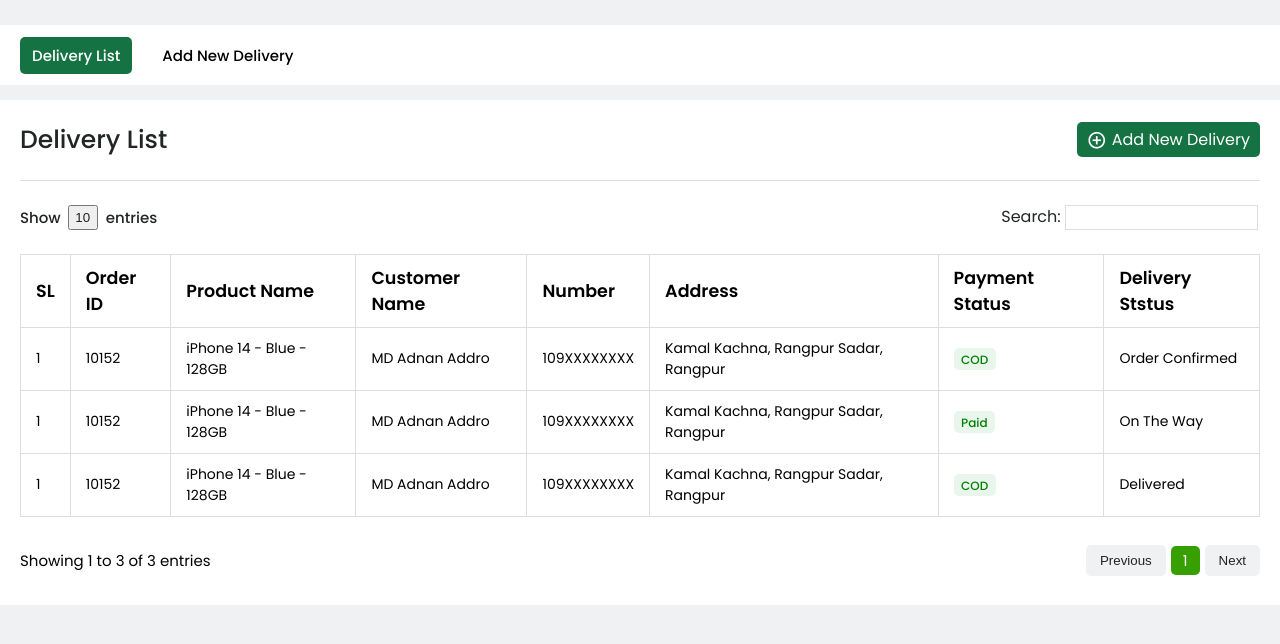
Repository: codebyaddro/delivery-page
Page: delivery.html
These files come from the project's save history. The page is drawn as it stood at one moment and after a run of saves; the edit follows.
The browser window is 1280 px wide. The pictures show the whole page.

Above is the page before, as saved 2025-02-27 13:59:20.

### delivery.html
<!DOCTYPE html>
<html lang="en">
<head>
    <meta charset="UTF-8">
    <meta name="viewport" content="width=device-width, initial-scale=1.0">
    <link rel="stylesheet" href="/delivery.css">
    <link href='https://unpkg.com/boxicons@2.1.4/css/boxicons.min.css' rel='stylesheet'>
    <title>Document</title>
</head>
<body>
    <div class="brand-container">
        <div class="top-menus">
            <ul>
                <li><a href="/index.html" class="active-menu">Delivery List</a></li>
                <li><a href="/inner-page/html/anb.html" class="light-up">Add New Delivery</a></li>
            </ul>
        </div>
        <div class="list-container">
            <div class="heading-add-new-btn">
                <div class="heading">
                    <h2>Delivery List</h2>
                </div>
                <div class="add-new-btn">
                    <i class='add-icon bx bx-plus-circle'></i>
                    <a href="/inner-page/html/anb.html">Add New Delivery</a>
                </div>
            </div>
            <div class="list-short-dpdwn-search-box">
                <div class="list-short-dpdwn">
                    <h3>Show</h3>
                    <select name="10" id="">
                        <option value="">10</option>
                        <option value="">20</option>
                        <option value="">30</option>
                        <option value="">All</option>
                    </select>
                    <h3>entries</h3>
                </div>
                <div class="search-box">
                    <legend>Search: <input type="text"></legend>
                </div>
            </div>
            <div class="table-list">
                <table>
                    <thead>
                        <tr>
                            <th title="SL">SL</th>
                            <th title="Code">Order ID</th>
                            <th title="Code">Product Name</th>
                            <th title="Code">Customer Name</th>
                            <th title="Category Name">Number</th>
                            <th title="Category Name">Address</th>
                            <th title="Status">Payment Status</th>
                            <th title="Action">Delivery Ststus</th>
                        </tr>
                    </thead>
                    <tbody>
                        <tr>
                            <td>1</td>
                            <td>10152</td>
                            <td>iPhone 14 - Blue - 128GB</td>
                            <td>MD Adnan Addro</td>
                            <td>109XXXXXXXX</td>
                            <td>Kamal Kachna, Rangpur Sadar, Rangpur</td>
                            <td><span class="active">COD</span></td>
                            <td><span>Order Confirmed</span></td>
                        </tr>
                        <tr>
                            <td>1</td>
                            <td>10152</td>
                            <td>iPhone 14 - Blue - 128GB</td>
                            <td>MD Adnan Addro</td>
                            <td>109XXXXXXXX</td>
                            <td>Kamal Kachna, Rangpur Sadar, Rangpur</td>
                            <td><span class="active">Paid</span></td>
                            <td><span>On The Way</span></td>
                        </tr>
                        <tr>
                            <td>1</td>
                            <td>10152</td>
                            <td>iPhone 14 - Blue - 128GB</td>
                            <td>MD Adnan Addro</td>
                            <td>109XXXXXXXX</td>
                            <td>Kamal Kachna, Rangpur Sadar, Rangpur</td>
                            <td><span class="active">COD</span></td>
                            <td><span>Delivered</span></td>
                        </tr>
                    </tbody>
                </table>
            </div>
            <div class="entries-details-list-page-btn">
                <div class="entries-details">
                    Showing <span>1</span> to <span>3</span> of <span>3</span> entries
                </div>
                <div class="list-page-btn">
                    <button>Previous</button>
                    <h4><span>1</span></h4>
                    <button>Next</button>
                </div>
            </div>
        </div>
    </div>
</body>
</html>

### delivery.css
/* -- fonts -- */
@import url('https://fonts.googleapis.com/css2?family=Poppins:ital,wght@0,100;0,200;0,300;0,400;0,500;0,600;0,700;0,800;0,900;1,100;1,200;1,300;1,400;1,500;1,600;1,700;1,800;1,900&family=Raleway:ital,wght@0,100..900;1,100..900&family=Roboto:ital,wght@0,100;0,300;0,400;0,500;0,700;0,900;1,100;1,300;1,400;1,500;1,700;1,900&family=VT323&display=swap');

/* -- root -- */

:root {
    --gray-white: #F0F1F2;
    --white: #FFFFFF;
    --black: #000000;
    --gray-black: #DDDDDD;
    --light-black: #212523;
    --light-black-op: #21252350;
    --main-green: #157343;
    --main-light: #37A000;
    --light-orange: #FD7E14;
    --green: #008000;
    --light-green: #e9f6ec;
    --red: #FF0000;
    --light-red: #fbeaec;
}

/* ---------- */

* {
    box-sizing: border-box;
}

body {
    margin: 0;
    padding: 0;
    font-family: "Poppins", serif;
    background-color: var(--gray-white);
}

::selection {
    color: var(--white);
    background-color: var(--main-light);
}

/* -- category container style -- */

.brand-container {
    width: 100%;
    margin-top: 25px;
}

/* -- top menus style--  */

.top-menus {
    background-color: var(--white);
    display: flex;
    justify-content: left;
    align-items: center;
    height: 60px;
    margin-bottom: 15px;
}

.top-menus ul {
    list-style-type: none;
    display: flex;
    gap: 30px;
    margin-left: -20px;
}

.top-menus ul li a {
    text-decoration: none;
    color: var(--black);
    font-size: 15px;
    font-weight: 500;
}

/* -- active menu style -- */

.active-menu {
    color: var(--white)!important;
    background-color: var(--main-green);
    padding: 8px 12px;
    border-radius: 5px;
}

/* -- menu hover style -- */

.light-up:hover {
    color: var(--light-orange);
}

/* -- list container style -- */

.list-container {
    background-color: var(--white);
    padding: 0px 20px;
}

/* -- heading-add-new-btn style -- */

.heading-add-new-btn {
    display: flex;
    justify-content: space-between;
    align-items: center;
    border-bottom: 1px solid var(--gray-black) ;
}

.heading h2 {
    color: var(--light-black);
    font-size: 25px;
    font-weight: 500;
}

/* -- add-new-btn style -- */

.add-new-btn {
    display: flex;
    gap: 5px;
    justify-content: baseline;
    align-items: center;
}

.add-new-btn {
    background-color: var(--main-green);
    padding: 5px 10px;
    border-radius: 5px;
}

.add-new-btn a {
    color: var(--white);
    text-decoration: none;
}

.add-icon {
    color: var(--white);
    font-size: 20px;
}

/* -- list-short-dpdwn-search-box style -- */

.list-short-dpdwn-search-box {
    display: flex;
    justify-content: space-between;
    align-items: center;
    padding: 10px 0px;
}

/* -- list-short-dpdwn style -- */

.list-short-dpdwn {
    display: flex;
    gap: 7.5px;
    align-items: center;
}

.list-short-dpdwn h3 {
    color: var(--light-black);
    font-size: 15px;
    font-weight: 500;
}

.list-short-dpdwn select {
    color: var(--light-black);
    appearance: none;
    height: 25px;
    width: 30px;
    padding-left: 6px;
    outline: none;
    border-radius: 2.5px;
}

/* -- search-box style -- */

.search-box {
    display: flex;
    align-items: center;
}

.search-box legend {
    color: var(--light-black);
}

.search-box input {
    outline: none;
    height: 25px;
    width: 193px;
    border: 1px solid var(--gray-black);
}

/* -- table-list style --*/

table {
    border-collapse: collapse;
    width: 100%;
}

/* -- thead style -- */

thead {
    cursor: pointer;
}

th, td {
    border: 1px solid var(--gray-black);
    padding: 10px 15px;
}

thead tr th {
    font-size: 17.5px;
    font-weight: 600;
    text-align: left;
}

tbody tr td {
    font-size: 14px;
}

tbody tr:hover {
    background-color: var(--gray-white);
}

/* -- tbody style -- */

/* status style */

.active {
    color: var(--green);
    background-color: var(--light-green);
    font-size: 12px;
    font-weight: 500;
    padding: 2.5px 7.5px;
    border-radius: 5px;
}

.inactive {
    color: var(--red);
    background-color: var(--light-red);
    font-size: 12px;
    font-weight: 500;
    padding: 2.5px 7.5px;
    border-radius: 5px;
}

/* -- action style -- */

.edit-icon {
    color: var(--green);
    background-color: var(--light-green);
    padding: 7px 7px;
    margin-right: 2.5px;
    border: 1px solid var(--green);
    font-size: 20px;
}

.edit-icon:hover {
    background-color: var(--light-black-op);
}

.delete-icon {
    color: var(--red);
    background-color: var(--light-red);
    padding: 7px 7px;
    margin-left: 2.5px;
    border: 1px solid var(--red);
    font-size: 20px;
}

.delete-icon:hover {
    background-color: var(--light-black-op);
}

/* -- entries-details-list-page-btn style -- */

.entries-details-list-page-btn {
    display: flex;
    justify-content: space-between;
    align-items: center;
    padding: 10px 0px;
}

.entries-details {
    color: var(--black);
    font-size: 15px;
}

.list-page-btn {
    display: flex;
    gap: 5px;
    align-items: center;
}

.list-page-btn button {
    color: var(--light-black);
    background-color: var(--gray-white);
    padding: 8px 14px;
    border: none;
    border-radius: 5px;
    cursor: pointer;
}

.list-page-btn h4 {
    color: var(--white);
    background-color: var(--main-light);
    font-size: 15px;
    font-weight: 400;
    padding: 3px 12px;
    border-radius: 5px;
}

After the next 2 saves:
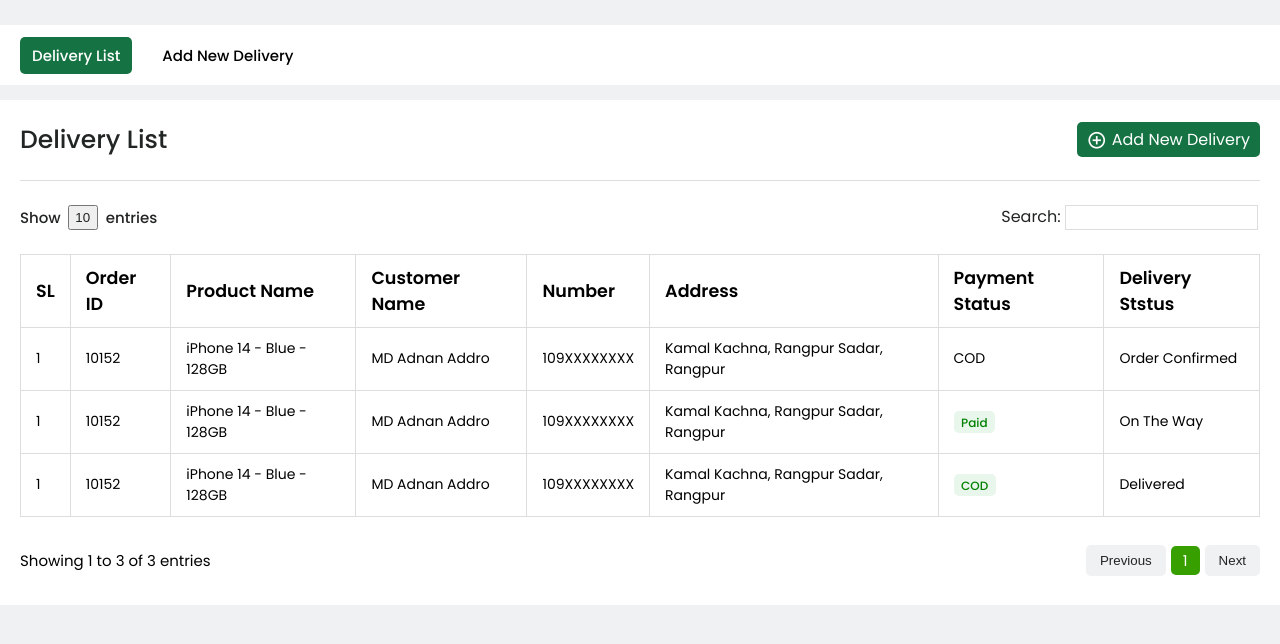
The 2 saves are shown as one change because they came seconds apart.
The last was saved 49 s later.
--- a/delivery.html
+++ b/delivery.html
@@ -62,7 +62,7 @@
                             <td>MD Adnan Addro</td>
                             <td>109XXXXXXXX</td>
                             <td>Kamal Kachna, Rangpur Sadar, Rangpur</td>
-                            <td><span class="active">COD</span></td>
+                            <td><span class="">COD</span></td>
                             <td><span>Order Confirmed</span></td>
                         </tr>
                         <tr>
